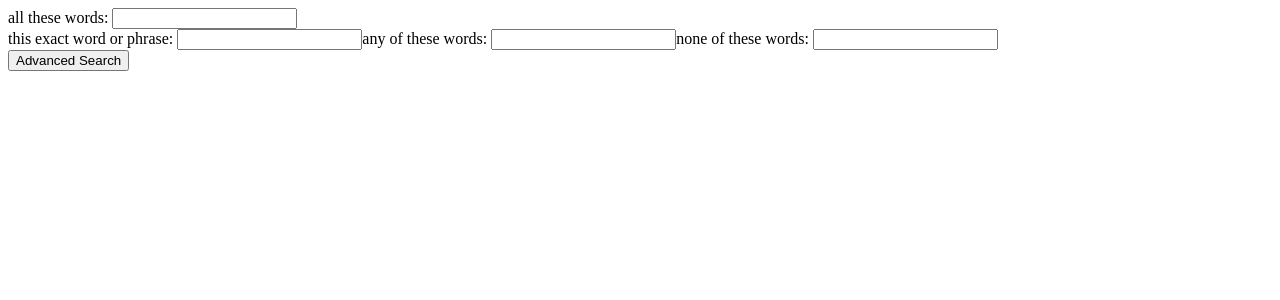
Repository: etentuk/search
Page: advanced_search.html
An editor plug-in stored every save of this project. The page is shown before and after the next save, followed by the edit.
The browser window is 1280 px wide. The pictures show the whole page.

Above is the page before, as saved 2021-11-03 23:14:50.

After the next save:
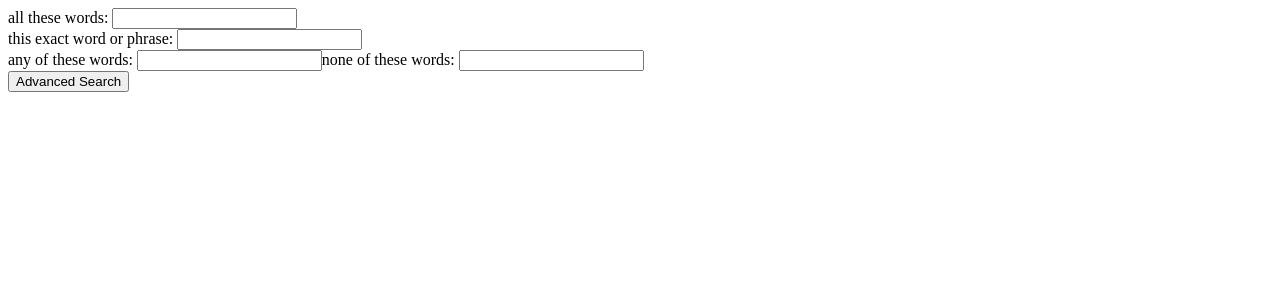
Saved 5 s later.
--- a/advanced_search.html
+++ b/advanced_search.html
@@ -12,10 +12,11 @@
             <label for="as_q">all these words: </label>
             <input type="text" id="as_q" name="as_q">
         </div>
-        <div></div>
+        <div>
             <label for="as_epq">this exact word or phrase: </label>
             <input type="text" id="as_epq" name="as_epq">
-            <label for="as_oq">any of these words: </label>
+
+        </div><label for="as_oq">any of these words: </label>
             <input type="text" id="as_oq" name="as_oq">
             <label for="as_eq">none of these words: </label>
             <input type="text" id="as_eq" name="as_eq">
